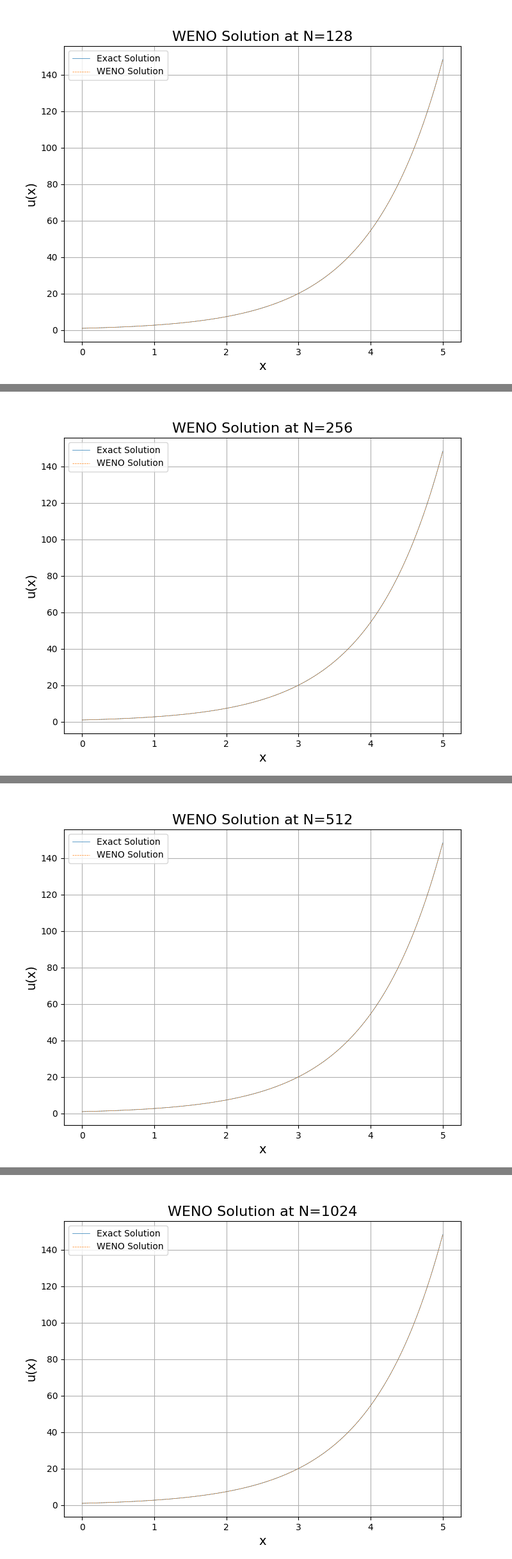
Repository: mishiroo/WENO
Script's output: python main.py
These files come from the project's save history. The script's output is drawn as it stood at one moment and after the next save; the edit follows.
The pictures are shown at 64% of full size.
Each picture stacks the figures in order, with grey between them; figures that are only written to a file come last. Random numbers start from a fixed seed.

Above is the script's output before, as saved 2024-12-13 17:56:00.

After the next save:
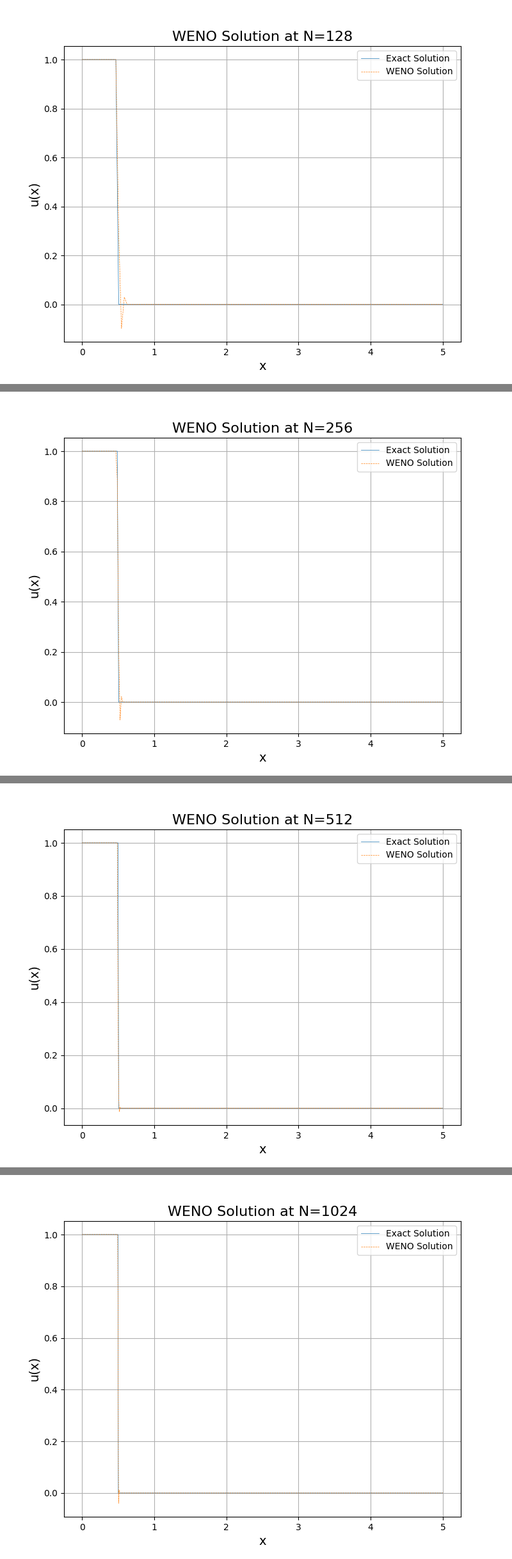
Saved 111 s later.
--- a/main.py
+++ b/main.py
@@ -16,8 +16,8 @@ for n in NList:
     mesh = WENO.Mesh(0, 5, n)  # 实例化的Mesh mesh.mesh访问网格本身
     test_case = TestCase.TestCase(mesh)
     # 用户只需要实现需要的函数即可
-    theo_values = test_case.getTheoValues(TestCase.exp_fun)
-    avg_values = test_case.getAverageValues(TestCase.exp_fun)
+    theo_values = test_case.getTheoValues(TestCase.shockwave_fun)
+    avg_values = test_case.getAverageValues(TestCase.shockwave_fun)
 
     # 实例化
     weno = WENO.WENO1D(mesh=mesh.mesh, avg_values=avg_values, k=3)
@@ -31,4 +31,4 @@ for n in NList:
     # 绘图
     EA.Draw(mesh.mesh, theo_values, weno._solution)
 
-EA.SaveError("WENO5Error.xlsx", NList, l2_err_list, linf_err_list)
+EA.SaveError("WENO5Error-shock.xlsx", NList, l2_err_list, linf_err_list)
